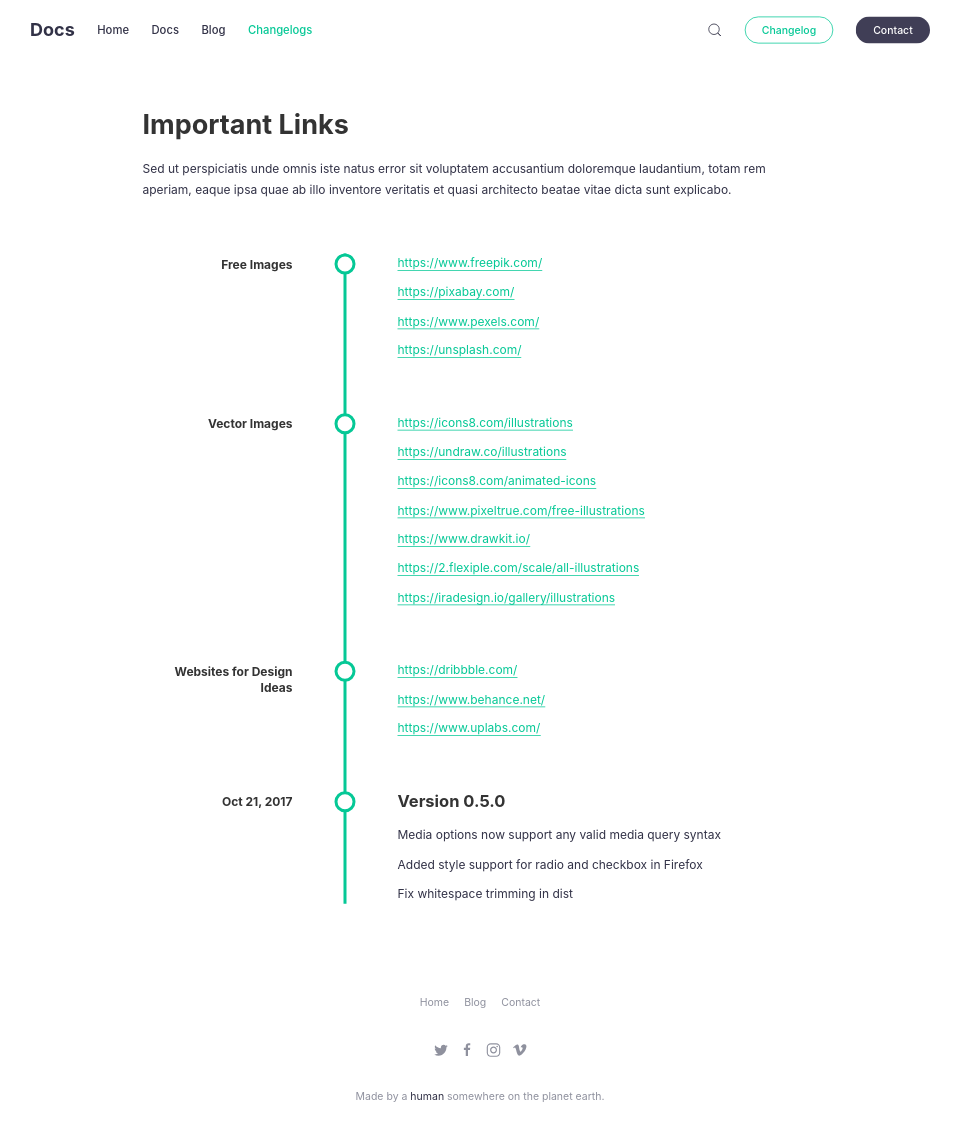
Repository: suchi9909/webdoc
Page: useful-links.html
These files come from the project's save history. The page is drawn as it stood at one moment and after the next save; the edit follows.
The browser window is 1280 px wide. The pictures show the whole page, at 75% of full size.

Above is the page before, as saved 2021-02-19 09:22:42.

After the next save:
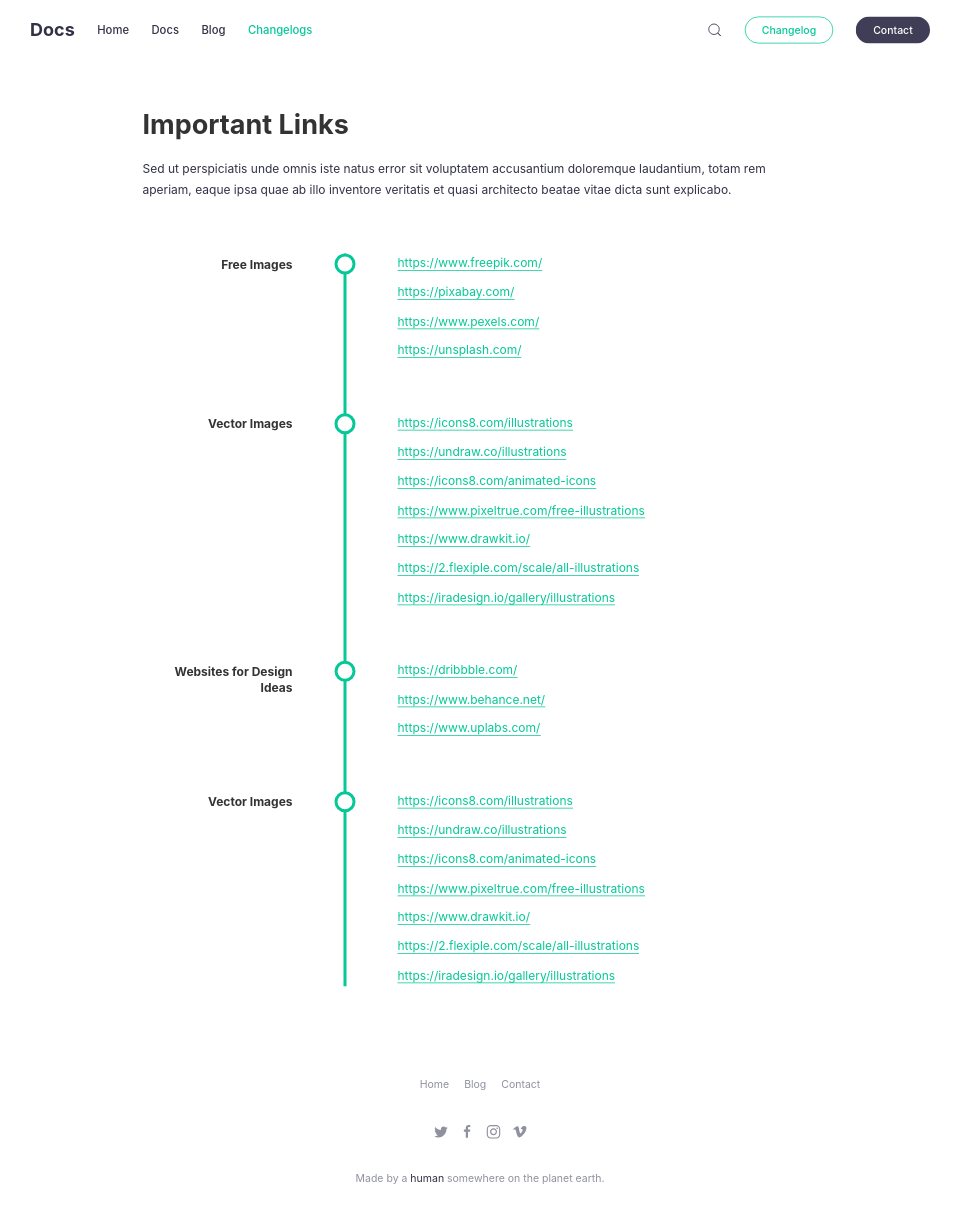
Saved 17 s later.
--- a/useful-links.html
+++ b/useful-links.html
@@ -122,14 +122,17 @@
           </div>
           <div class="tm-timeline-entry">
             <div class="tm-timeline-time">
-              <h5>Oct 21, 2017</h5>
-            </div>
-            <div class="tm-timeline-body">
-              <h3 class="uk-flex uk-flex-middle">Version 0.5.0</h3>
-              <ul class="uk-list">
-                <li>Media options now support any valid media query syntax</li>
-                <li>Added style support for radio and checkbox in Firefox</li>
-                <li>Fix whitespace trimming in dist</li>
+              <h5>Vector Images</h5>
+            </div>
+            <div class="tm-timeline-body">
+              <ul class="uk-list">
+                <li><a href="https://icons8.com/illustrations">https://icons8.com/illustrations</a></li>
+                <li><a href="https://undraw.co/illustrations">https://undraw.co/illustrations</a></li>
+                <li><a href="https://icons8.com/animated-icons">https://icons8.com/animated-icons</a></li>
+                <li><a href="https://www.pixeltrue.com/free-illustrations">https://www.pixeltrue.com/free-illustrations</a></li>
+                <li><a href="https://www.drawkit.io/">https://www.drawkit.io/</a></li>
+                <li><a href="https://2.flexiple.com/scale/all-illustrations">https://2.flexiple.com/scale/all-illustrations</a></li>
+                <li><a href="https://iradesign.io/gallery/illustrations">https://iradesign.io/gallery/illustrations</a></li>
               </ul>
             </div>
           </div>
